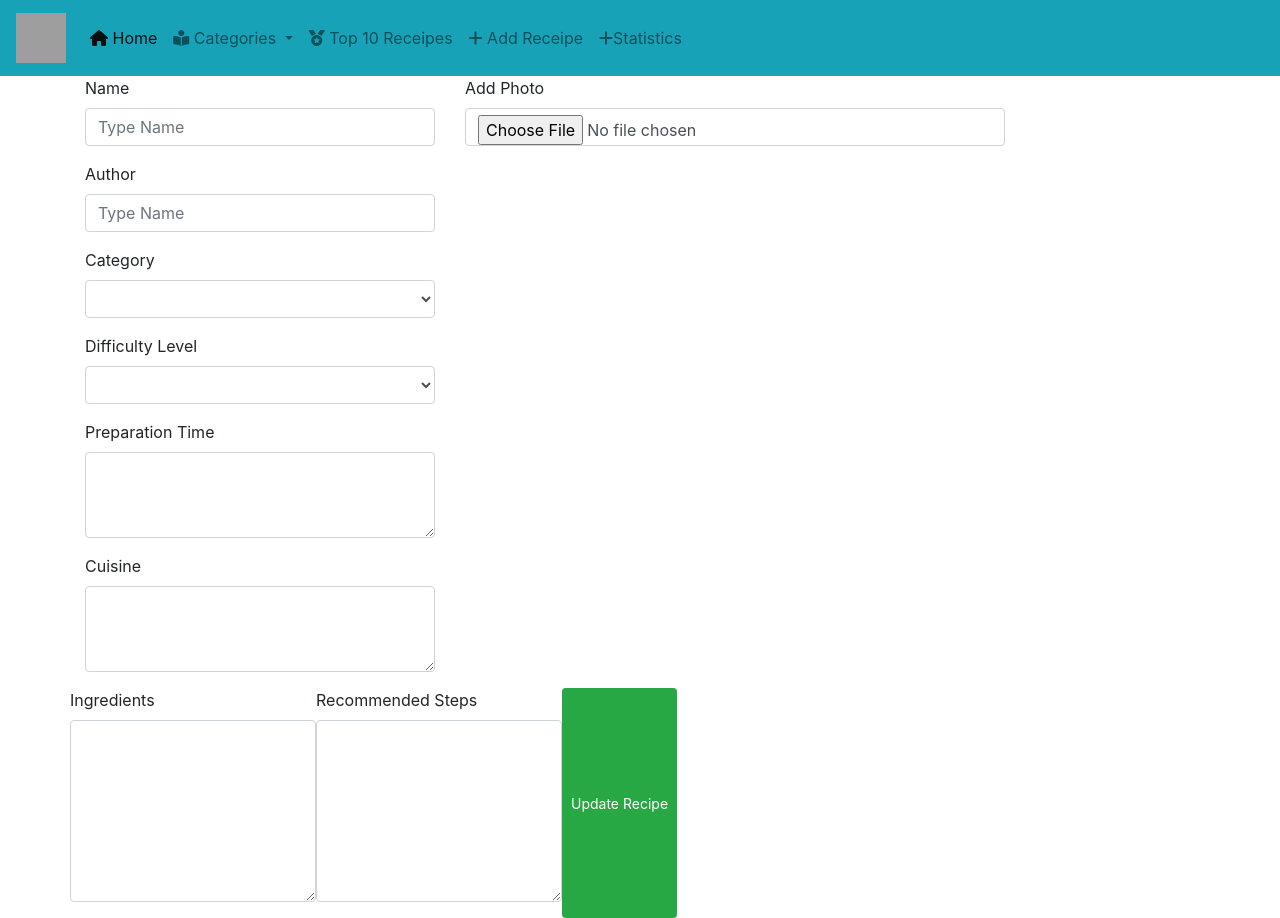
Repository: toderas/Flask-Cook-Book
Page: templates/editrecipe.html
The author's editor kept a record of every edit. The page is drawn from the files as they stood at one moment, then again after the next edit.
The browser window is 1280 px wide. The pictures show the whole page.
Pictures or frames that could not be fetched are drawn as grey boxes. Some web libraries are served in a nearby version. The page is served by the project's application, run on Flask 3 (cookbook.py). The template is opened directly, without the code that normally fills it, so the values that code supplies are empty.

Above is the page before.

### templates/editrecipe.html
{% extends 'home.html'%} {% block content %}
<div class="container">
  <form action={{url_for( 'update_recipe', recipe_id=recipe._id)}} method="POST" enctype=multipart/form-data>

    <div class="row">
      <div class="col-12 col-md-4">
        <div class="form-group">
          <label for="exampleFormControlSelect1">Name</label>
          <input type="text" value="{{recipe.dish_name}}" class="form-control" id="dish_name" name="dish_name" placeholder="Type Name">
        </div>
        <div class="form-group">
          <label for="exampleFormControlSelect1">Author</label>
          <input type="text" value="{{recipe.dish_author}}" class="form-control" id="dish_author" name="dish_author" placeholder="Type Name">
        </div>
        <div class="form-group">
          <label for="category_name">Category</label>
          <select class="form-control" id="category_name" name="category_name">

             {% for course in categories %}
                     <option value="{{course.category_name}}">{{course.category_name}}</option>

                  {% endfor %}
             <option selected value="{{recipe.category_name}}" selected>{{recipe.category_name}}</option>
</select>
        </div>
        <div class="form-group">
          <label for="dish_required_skill">Difficulty Level</label>
          <select class="form-control" id="dish_required_skill" name="dish_required_skill">

      {% for required in skills %}
                      <option value="{{required.skill_name}}">{{required.skill_name}}</option>
                  {% endfor %}
                  <option selected  value="{{recipe.dish_required_skill}}"selected>{{recipe.dish_required_skill}}</option>
    </select>
        </div>
        <div class="form-group">
          <label for="dish_prep_time">Preparation Time</label>

          <textarea  required class="form-control" type="text" value="{{recipe.dish_prep_time}}" name="dish_prep_time" id="dish_prep_time" rows="3">{{recipe.dish_prep_time}}</textarea>
        </div>
        <div class="form-group">
          <label for="exampleFormControlTextarea1">Cuisine</label>
          <textarea name="dish_origin_cuisine" value="{{recipe.dish_origin_cuisine}}" class="form-control" id="exampleFormControlTextarea1" rows="3">{{recipe.dish_origin_cuisine}}</textarea>
        </div>

      </div>
      <div class="col-md-6">
        <label for="exampleFormControlTextarea1">Add Photo</label>
          <input class="form-control" type="file" name="dish_photo" id="upload_file">
        </div>
        <div class="form-group">
          <label for="exampleFormControlTextarea1">Ingredients</label>
          <textarea class="form-control" value="{{recipe.dish_ingredients}}" name="dish_ingredients" id="exampleFormControlTextarea1" rows="7">{{recipe.dish_ingredients}}</textarea>
        </div>
        <div class="form-group">
          <label for="exampleFormControlTextarea1">Recommended Steps</label>
          <textarea class="form-control" value="{{recipe.dish_preparation_steps}}" name="dish_preparation_steps" id="exampleFormControlTextarea1" rows="7">{{recipe.dish_preparation_steps}}</textarea>
        </div>
        <button type="submit" class="btn btn-sm btn-success">Update Recipe</button>
      </div>
    </div>
  </form>
</div>
{% endblock %}

### templates/home.html
<!DOCTYPE html>
<html lang="en">

<head>
  <meta charset="UTF-8">
  <meta name="viewport" content="width=device-width, initial-scale=1.0">
  <meta http-equiv="X-UA-Compatible" content="ie=edge">
  <!--CSS-->
  <link rel="stylesheet" href="{{url_for('static', filename='css/style.css')}}" type="text/css" />
  <!--Bootstrap-->
  <link rel="stylesheet" href="https://stackpath.bootstrapcdn.com/bootstrap/4.1.3/css/bootstrap.min.css" integrity="sha384-MCw98/SFnGE8fJT3GXwEOngsV7Zt27NXFoaoApmYm81iuXoPkFOJwJ8ERdknLPMO" crossorigin="anonymous">

  <title>Document</title>
</head>

<body>
  <nav class="navbar navbar-expand-lg navbar-light bg-info">
    <a class="navbar-brand" href="{{url_for('recipes')}}"><img class="logo-image" alt="chef logo" src="https://encrypted-tbn0.gstatic.com/images?q=tbn:ANd9GcRTUhnKjobAOjmlVUzxfUoGj2VBu2mOXKPmnmZjkuTfKeNhWaxOfg"></img></a>
    <button class="navbar-toggler" type="button" data-toggle="collapse" data-target="#navbarNavDropdown" aria-controls="navbarNavDropdown" aria-expanded="false" aria-label="Toggle navigation">
    <span class="navbar-toggler-icon"></span>
  </button>
    <div class="collapse navbar-collapse" id="navbarNavDropdown">
      <ul class="navbar-nav">
        <li class="nav-item active">
          <a class="nav-link" href="{{url_for('recipes')}}"> <i class="fas fa-home"></i> Home <span class="sr-only">(current)</span></a>
        </li>
        <li class="nav-item dropdown">
          <a class="nav-link dropdown-toggle" href="#" id="navbarDropdownMenuLink" role="button" data-toggle="dropdown" aria-haspopup="true" aria-expanded="false">
           <i class="fas fa-book-reader"></i> Categories
        </a>
          <div class="dropdown-menu" aria-labelledby="navbarDropdownMenuLink">
            <a class="dropdown-item" href="{{url_for('aperitif')}}">Aperitifs</a>
            <a class="dropdown-item" href="{{url_for('starter')}}">Starters</a>
            <a class="dropdown-item" href="{{url_for('intermediate')}}">Intermediate</a>
            <a class="dropdown-item" href="{{url_for('main')}}">Mains</a>
            <a class="dropdown-item" href="{{url_for('dessert')}}">Desserts</a>
          </div>
        </li>
        <li class="nav-item">
          <a class="nav-link" href="{{url_for('top_ten')}}"> <i class="fas fa-medal"></i> Top 10 Receipes</a>
        </li>
        <li class="nav-item">
          <a class="nav-link" href="{{url_for('addrecipe')}}"><i class="fas fa-plus"></i> Add Receipe</a>
        </li>
        <li class="nav-item">
          <a class="nav-link" href="{{url_for('show_chart')}}"><i class="fas fa-plus"></i>Statistics</a>
        </li>
      </ul>
    </div>
  </nav>
  {% block content %} {% endblock %}

</body>
<!--Font Awesome-->
<script src="https://kit.fontawesome.com/9e425c7d13.js"></script>
<!--Bootstrap js-->
<script src="https://code.jquery.com/jquery-3.3.1.slim.min.js" integrity="sha384-q8i/X+965DzO0rT7abK41JStQIAqVgRVzpbzo5smXKp4YfRvH+8abtTE1Pi6jizo" crossorigin="anonymous"></script>
<script src="https://cdnjs.cloudflare.com/ajax/libs/popper.js/1.14.3/umd/popper.min.js" integrity="sha384-ZMP7rVo3mIykV+2+9J3UJ46jBk0WLaUAdn689aCwoqbBJiSnjAK/l8WvCWPIPm49" crossorigin="anonymous"></script>
<script src="https://stackpath.bootstrapcdn.com/bootstrap/4.1.3/js/bootstrap.min.js" integrity="sha384-ChfqqxuZUCnJSK3+MXmPNIyE6ZbWh2IMqE241rYiqJxyMiZ6OW/JmZQ5stwEULTy" crossorigin="anonymous"></script>

</html>

### cookbook.py
import os
from flask import Flask, render_template, redirect, request, url_for, request
from flask_pymongo import PyMongo
from bson.objectid import ObjectId

app=Flask(__name__)

app.config["MONGO_DBNAME"] = 'cook-book'
app.config["MONGO_URI"] = 'mongodb+srv://tode:1Martie1998@myfirstcluster-dxyoc.mongodb.net/cook-book?retryWrites=true&w=majority'

mongo = PyMongo(app)



@app.route("/")
def hello():
    return "Hello World!"



if __name__ == '__main__':
    app.run(host=os.environ.get('IP'),
            port=int(os.environ.get('PORT')),
            debug=True)

#if __name__ == '__main__':
  #  app.run(host='0.0.0.0', port=8080, debug=True)

### static/css/style.css
.logo-image {
    width: 50px;
    height: 50px;
}
.list-inline-item:not(:last-child) {
    margin: 0 !important;
}

After the next edit:
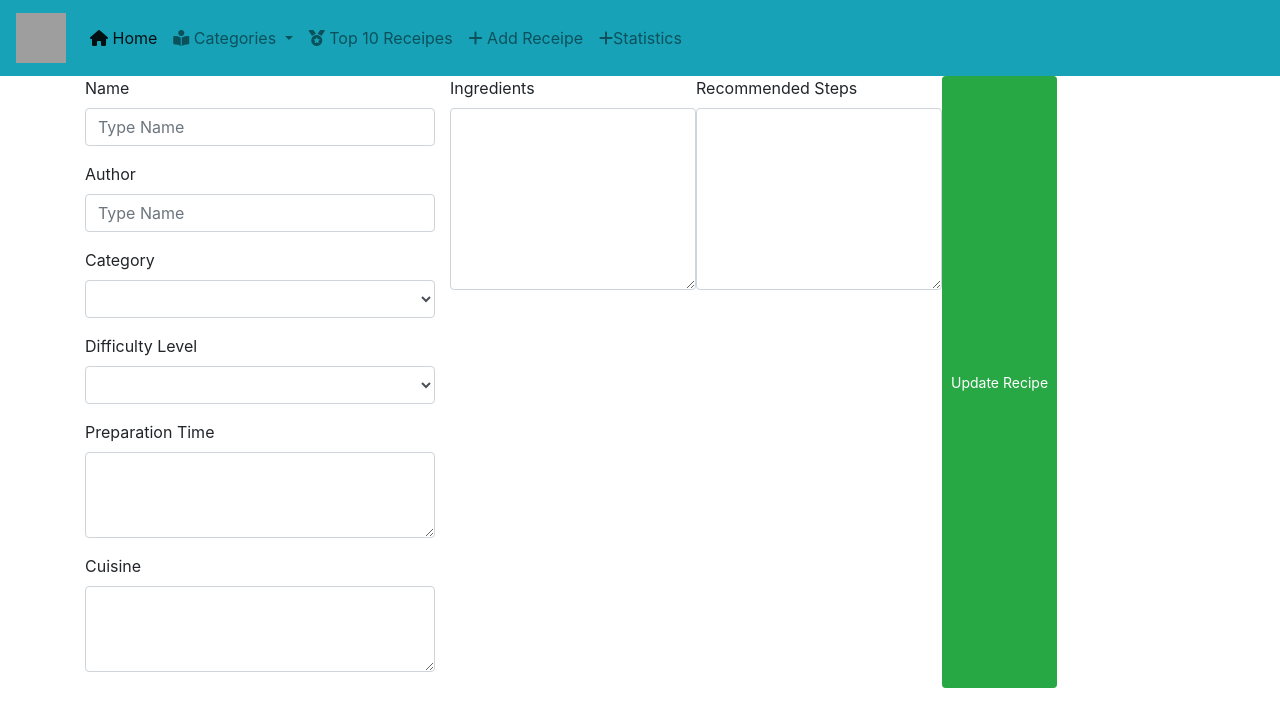
The edit:
--- a/templates/editrecipe.html
+++ b/templates/editrecipe.html
@@ -44,10 +44,6 @@
         </div>
 
       </div>
-      <div class="col-md-6">
-        <label for="exampleFormControlTextarea1">Add Photo</label>
-          <input class="form-control" type="file" name="dish_photo" id="upload_file">
-        </div>
         <div class="form-group">
           <label for="exampleFormControlTextarea1">Ingredients</label>
           <textarea class="form-control" value="{{recipe.dish_ingredients}}" name="dish_ingredients" id="exampleFormControlTextarea1" rows="7">{{recipe.dish_ingredients}}</textarea>
